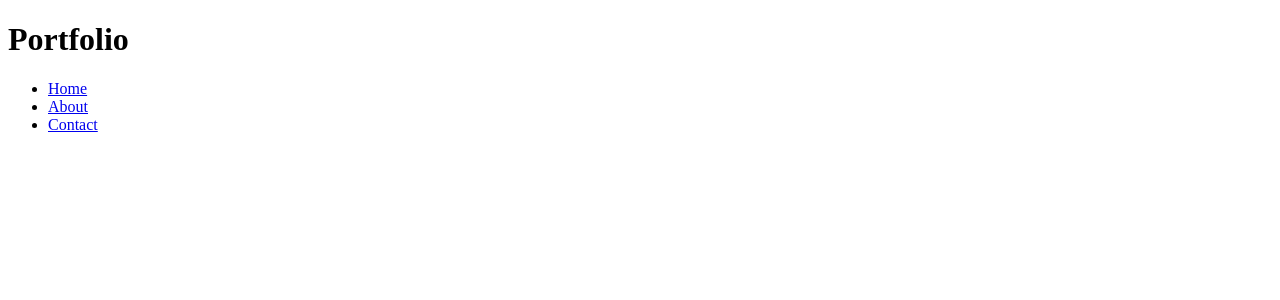
Repository: VickyJacob23/SheCode
Page: firstCode/firstProject.html
An editor plug-in stored every save of this project. The page is shown before and after the next save, followed by the edit.
The browser window is 1280 px wide. The pictures show the whole page.

Above is the page before, as saved 2024-08-30 13:02:32.

After the next save:
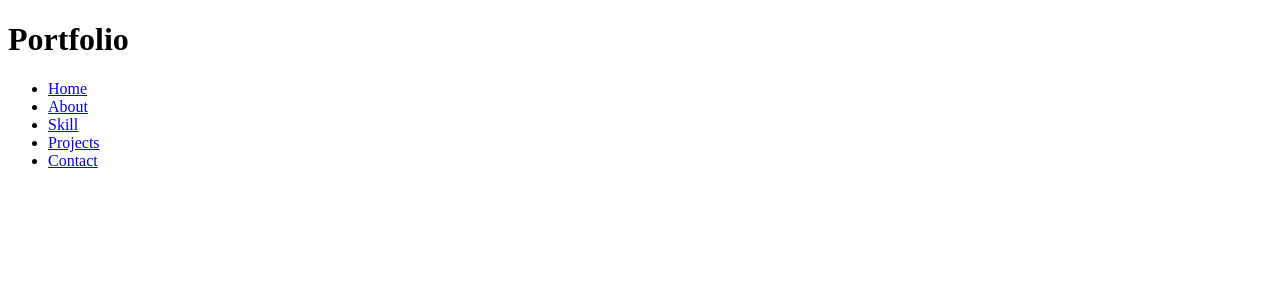
Saved 4 min 54 s later.
--- a/firstCode/firstProject.html
+++ b/firstCode/firstProject.html
@@ -13,6 +13,8 @@
           <ul>
             <li><a href="#">Home</a></li>
             <li><a href="#">About</a></li>
+            <li><a href="#">Skill</a></li>
+            <li><a href="#">Projects</a></li>
             <li><a href="#">Contact</a></li>
           </ul>
         </nav>
